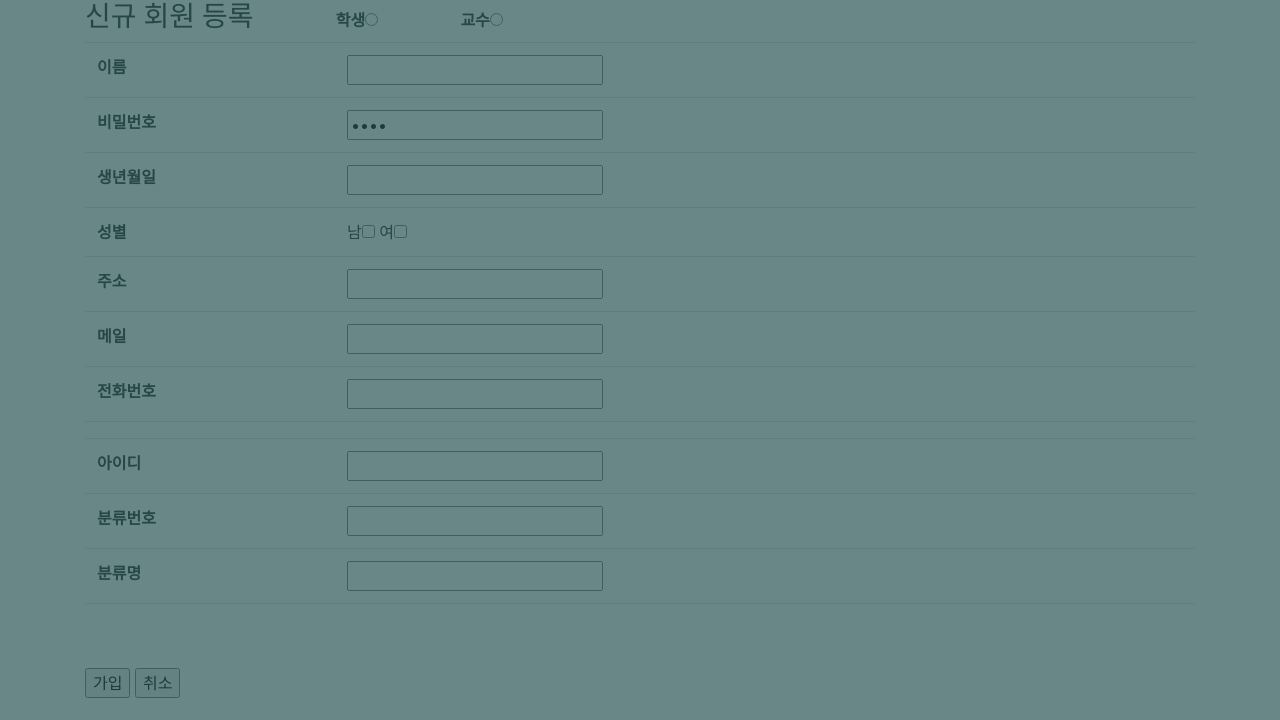
Repository: JavaJin96/kr.or.ddit.HighJava
Page: http://localhost/TeamProjectDCUM/work_kmk/system/InsertMember.jsp
The author's editor kept a copy of each file at every save. The page is drawn from the files as they stood at one save, then again after the next save.
The browser window is 1280 px wide. The pictures show the whole page.
The page is served by Tomcat 9.

Above is the page before, as saved 2022-02-15 06:26:52.

After the next save:
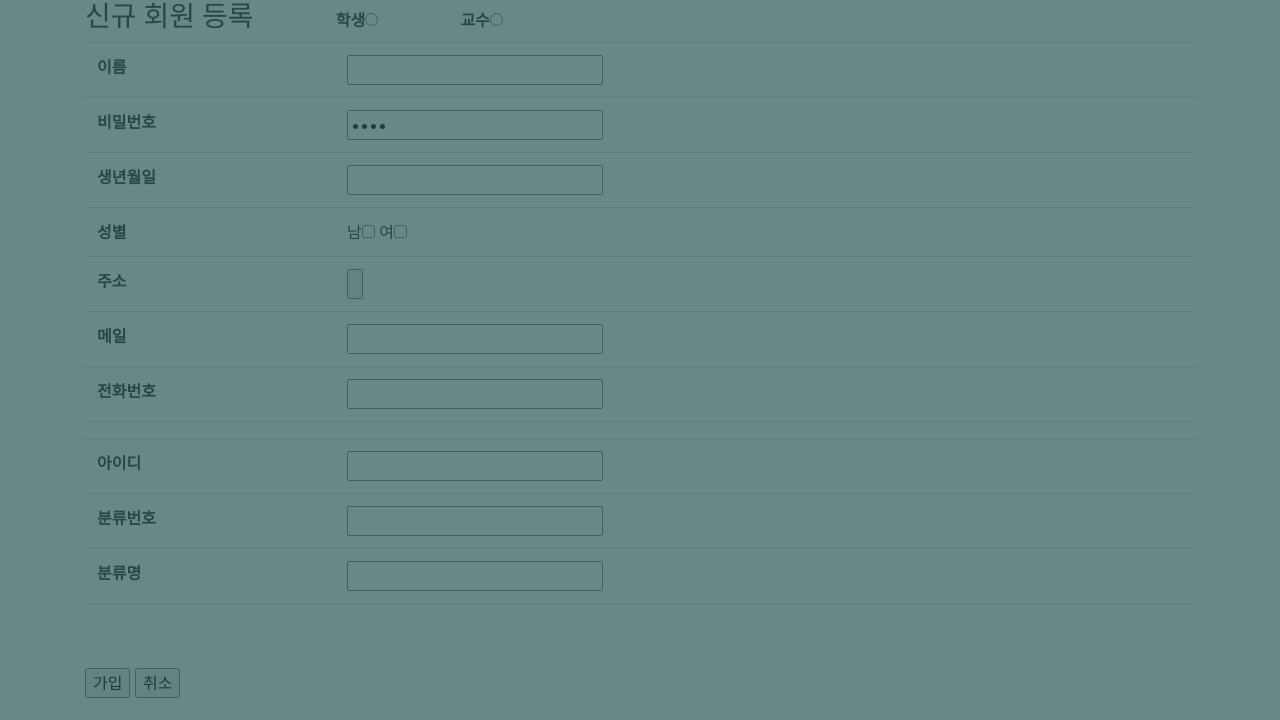
Saved 78 s later.
--- a/3.Highjava/workspace/TeamProjectDCUM/WebContent/work_kmk/system/InsertMember.jsp
+++ b/3.Highjava/workspace/TeamProjectDCUM/WebContent/work_kmk/system/InsertMember.jsp
@@ -123,7 +123,7 @@ width: 250px;
 				</tr>
 				<tr>
 					<th class="thead-dark">주소</th>
-					<td><input type="text" id="add" name="add"></td>
+					<td><input type="button" id="add" name="add"></td>
 				</tr>
 				<tr>
 					<th class="thead-dark">메일</th>
